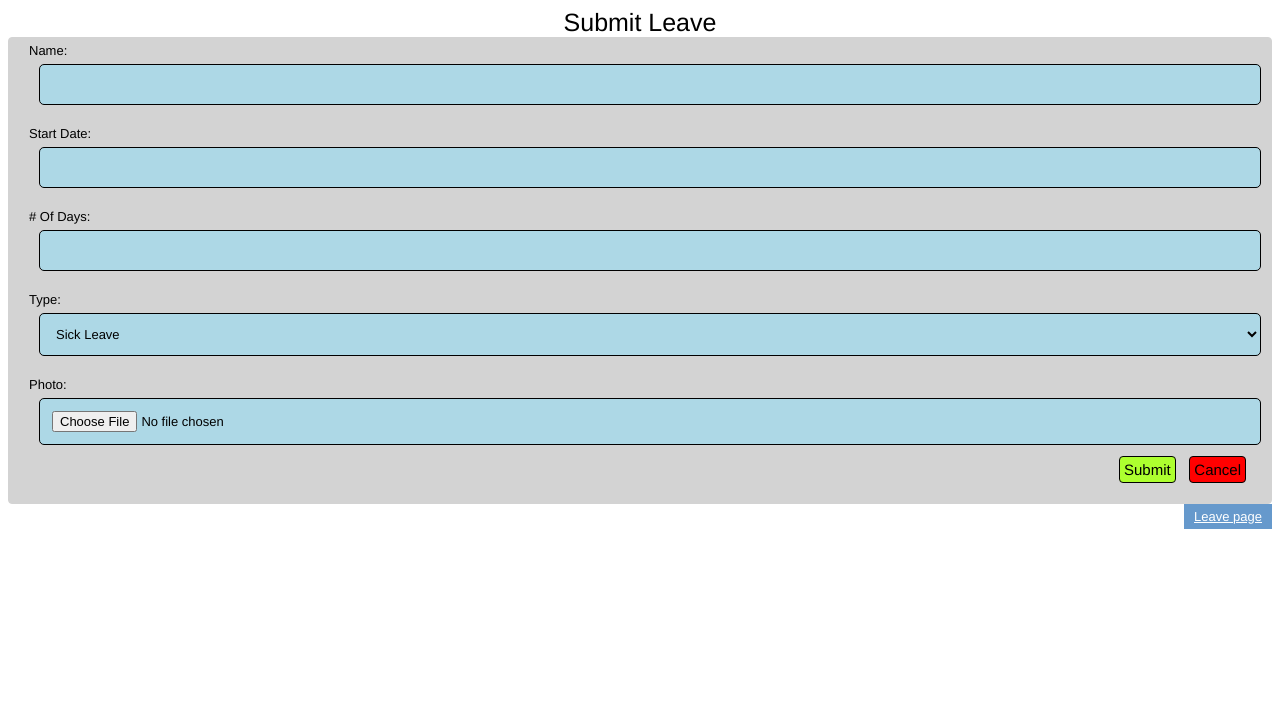
Repository: Murad71/BasicCRUD
Page: index.html
An editor plug-in stored every save of this project. The page is shown before and after the next save, followed by the edit.
The browser window is 1280 px wide. The pictures show the whole page.

Above is the page before, as saved 2023-04-18 20:08:46.

After the next save:
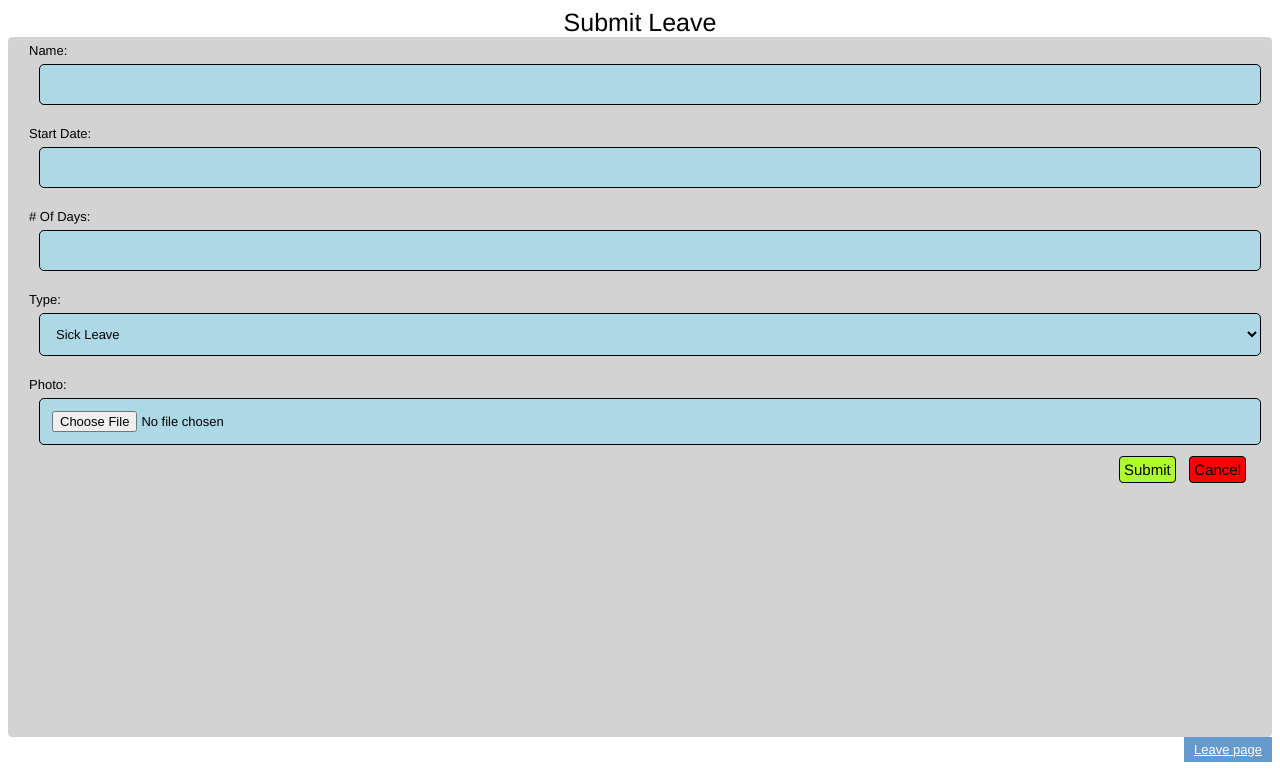
Saved 28 s later.
--- a/index.css
+++ b/index.css
@@ -5,6 +5,7 @@
 }
 
 .container {
+  height: 700px;
   background-color: lightgray;
   padding: 5px 20px 15px 20px;
   border: 1px solid lightgray;

After the save that followed:
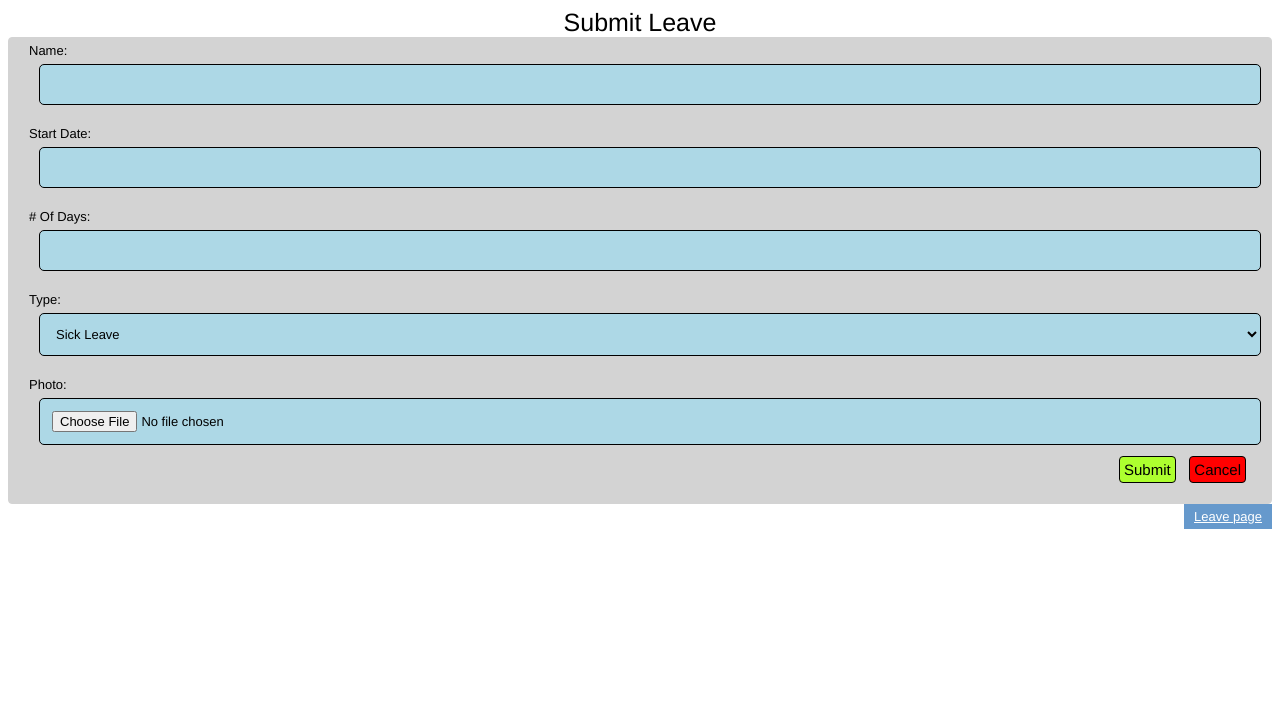
Saved 4 s later.
--- a/index.css
+++ b/index.css
@@ -5,7 +5,6 @@
 }
 
 .container {
-  height: 700px;
   background-color: lightgray;
   padding: 5px 20px 15px 20px;
   border: 1px solid lightgray;
